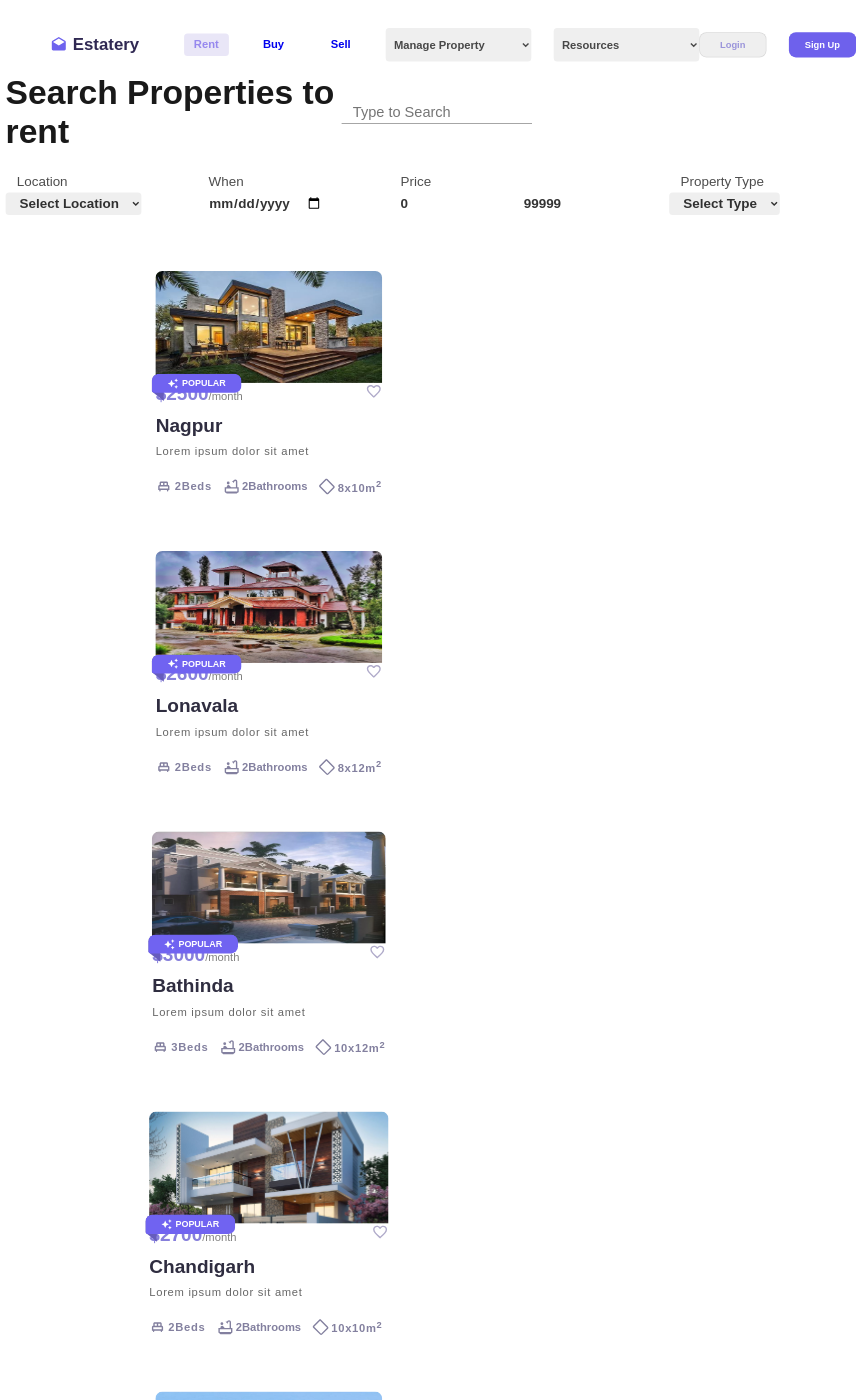
Repository: kapil4457/Reunion-Internship-Assignment
Page: /
An editor plug-in stored every save of this project. The page is shown before and after the next save, followed by the edit.
The browser window is 768 px wide. The page is 1223 px wide, so the pictures cover 1223 px, including what lies to the right of the window. The pictures show the part of the page from y = 0 to 2000 px (the page is 4503 px tall), at 70% of full size.
The project was rebuilt for these pictures with package versions that can differ from the ones it lists, and the page was loaded fresh each time. Also part of the build but not shown: src/App.css.

Above is the page before, as saved 2022-10-07 20:59:54.

### public/index.html
<!DOCTYPE html>
<html lang="en">
  <head>
    <meta charset="utf-8" />
    <link rel="icon" href="%PUBLIC_URL%/favicon.ico" />
    <meta name="viewport" content="width=device-width, initial-scale=1" />
    <meta name="theme-color" content="#000000" />
    <meta
      name="description"
      content="Web site created using create-react-app"
    />
    <link href="https://fonts.googleapis.com/css2?family=Roboto:ital,wght@1,300&display=swap" rel="stylesheet">
    <link rel="apple-touch-icon" href="%PUBLIC_URL%/logo192.png" />
    <link rel="preconnect" href="https://fonts.googleapis.com">
    <link rel="preconnect" href="https://fonts.googleapis.com">
    <!--
      manifest.json provides metadata used when your web app is installed on a
      user's mobile device or desktop. See https://developers.google.com/web/fundamentals/web-app-manifest/
    -->
    <link rel="manifest" href="%PUBLIC_URL%/manifest.json" />
    <!--
      Notice the use of %PUBLIC_URL% in the tags above.
      It will be replaced with the URL of the `public` folder during the build.
      Only files inside the `public` folder can be referenced from the HTML.

      Unlike "/favicon.ico" or "favicon.ico", "%PUBLIC_URL%/favicon.ico" will
      work correctly both with client-side routing and a non-root public URL.
      Learn how to configure a non-root public URL by running `npm run build`.
    -->
    <title>React App</title>
  </head>
  <body>
    <noscript>You need to enable JavaScript to run this app.</noscript>
    <div id="root"></div>
    <!--
      This HTML file is a template.
      If you open it directly in the browser, you will see an empty page.

      You can add webfonts, meta tags, or analytics to this file.
      The build step will place the bundled scripts into the <body> tag.

      To begin the development, run `npm start` or `yarn start`.
      To create a production bundle, use `npm run build` or `yarn build`.
    -->
  </body>
</html>

### src/index.css
*{
  font-family: 'Poppins', sans-serif;
  font-weight:600;
}

/* Chrome, Safari, Edge, Opera */
input::-webkit-outer-spin-button,
input::-webkit-inner-spin-button {
  -webkit-appearance: none;
  margin: 0;
}

/* Firefox */
input[type=number] {
  -moz-appearance: textfield;
}

### src/App.js
import { Route, Routes } from 'react-router-dom';
import './App.css';
import Header from './components/Header/Header';
import Home from  './components/Home/Home'
import Rent from './components/Rent/Rent';

function App() {
  return (
    <>
    <Header />
    <Routes>
      <Route path='/' element={<Home/>}/>
      <Route path='/rent' element={<Rent/>}/>
    </Routes>
    </>
  );
}

export default App;

### src/components/Header/Header.jsx
import React from "react";
import DraftsIcon from "@mui/icons-material/Drafts";
import { NavLink } from "react-router-dom";
import "./Header.css";
const Header = () => {
  return (
    <>
      <div className="header">
        <div className="left">
          <div className="logo">
            <DraftsIcon />
            <span>Estatery</span>
          </div>
          <div className="categories">
            <NavLink
              to="/rent"
              className={({ isActive }) => (isActive ? "activeClass" : "")}
            >
              Rent
            </NavLink>
            <NavLink
              to="/buy"
              className={({ isActive }) => (isActive ? "activeClass" : "")}
            >
              Buy
            </NavLink>
            <NavLink
              to="/sell"
              className={({ isActive }) => (isActive ? "activeClass" : "")}
            >
              Sell
            </NavLink>
            <select name="" id="manage">
              <option value="Manage Property" hidden>
                Manage Property
              </option>
              <option value="Owned">Owned</option>
              <option value="BookMarked">BookMarked</option>
            </select>
            <select name="" id="resources">
              <option value="Resources" hidden>
                Resources
              </option>
              <option value="contact">Contact Us</option>
              <option value="FAQ">FAQ</option>
            </select>
          </div>
        </div>
        <div className="right">
          <button className="login">Login</button>
          <button className="sign-up">Sign Up</button>
        </div>
      </div>
    </>
  );
};

export default Header;

### src/components/Home/Home.jsx
import React, { useEffect } from "react";
import { useNavigate } from "react-router-dom";

const Home = () => {
  const navigate = useNavigate();
  useEffect(() => {
    navigate("/rent");
  });
  return <></>;
};

export default Home;

### src/components/Rent/Rent.jsx
import React, { useState } from "react";
import { home } from "../../home";
import RentCard from "../RentCard/RentCard";
import "./Rent.css";
const Rent = () => {
  const [location, setlocation] = useState("");
  const [rangeMin, setMinRange] = useState(0);
  const [rangeMax, setMaxRange] = useState(99999);
  const [type, setType] = useState("");
  const [date, setDate] = useState(new Date());
  const [typed, setTyped] = useState("");

  //date -> YY/MM/DD format
  const filtering = (val) => {
    var dateNow = new Date(val.moveIn);
    var date2 = new Date(date);

    if (
      (location === "" || location == val.state || location == "All") &&
      (parseInt(rangeMax) > val.price || rangeMax == "") &&
      (parseInt(rangeMin) < val.price || rangeMin == "") &&
      date2 <= dateNow &&
      (typed === "" ||
        val.state.toLowerCase().includes(typed.toLowerCase()) ||
        val.address.toLowerCase().includes(typed.toLowerCase())) &&
      (type == "" || type == val.type || type == "All")
    ) {
      console.log(date2, dateNow);
      return true;
    }
  };
  return (
    <>
      <div className="rent-main">
        <div className="first">
          <div className="heading">Search Properties to rent</div>
          <input
            className="search-bar"
            placeholder="Type to Search"
            value={typed}
            onChange={(e) => {
              setTyped(e.target.value);
            }}
          />
        </div>
        <div className="second">
          <div>
            <span>Location</span>
            <select
              name=""
              id=""
              onChange={(e) => {
                setlocation(e.target.value);
              }}
            >
              <option value="" hidden>
                Select Location
              </option>
              <option value="All">All</option>
              <option value="Bathinda">Bathinda</option>
              <option value="Nagpur">Nagpur</option>
              <option value="Lonavala">Lonavala</option>
              <option value="Chandigarh">Chandigarh</option>
              <option value="Pune">Pune</option>
              <option value="Shimla">Shimla</option>
              <option value="Kochi">Kochi</option>
              <option value="Banaras">Banaras</option>
              <option value="Banglore">Banglore</option>
              <option value="Aurangabad">Aurangabad</option>
            </select>
          </div>
          <div>
            <span>When</span>
            <input
              type="date"
              onChange={(e) => {
                setDate(e.target.value);
              }}
            />
          </div>
          <div>
            <span>Price</span>
            <div>
              <input
                type="number"
                placeholder="Minimum"
                value={rangeMin}
                onChange={(e) => {
                  setMinRange(e.target.value);
                }}
              />
              <input
                type="number"
                placeholder="Maximum"
                value={rangeMax}
                onChange={(e) => {
                  setMaxRange(e.target.value);
                }}
              />
            </div>
          </div>
          <div>
            <span>Property Type</span>
            <select
              name=""
              id=""
              onChange={(e) => {
                setType(e.target.value);
              }}
            >
              <option value="" hidden>
                Select Type
              </option>
              <option value="All">All</option>
              <option value="Villa">Villa</option>
              <option value="Flats">Flats</option>
              <option value="RowHouse">RowHouse</option>
            </select>
          </div>
        </div>
        <div className="rent-cards">
          {home.filter(filtering).map((item, idx) => (
            <RentCard data={item} key={idx} />
          ))}
        </div>
      </div>
    </>
  );
};

export default Rent;

### src/components/Header/Header.css

.header{
display:flex;
justify-content:space-between;
align-items:center;
padding:2rem 4rem;
}

.left{
    display:flex;
    align-items:center;
    gap:4rem;
}
.left > .logo{
    display:flex;
    align-items:center;
    gap:0.5rem;
    font-size:1.5rem;
    font-weight:650;
    color:rgb(48,41,83);
}

.left > .logo > svg{
    color:rgb(110,99,238);
}

.categories{
    display:flex;
    align-items:center;
    gap:2rem;
}

.categories > a{
    text-decoration:none;
    font-weight:550;
    height:2rem;
    display:flex;
    align-items:center;
    width:4rem;
    justify-content: center;
}

.activeClass{
    color:rgb(150, 136, 238);
    background-color: rgb(233,230,247);
    border-radius: 5px;
}

.categories > select{
    width:13rem;
    height:3rem;
    border:none;
    outline:none;
    color:rgba(0,0,0,0.7);
    font-weight:550;
    /* background-color:rgb(233,230,247); */
    border-radius:5px;
    padding:0 0.5rem;
    font-size:1rem;
}

.categories > select > option{
    font-size:1rem;
    font-weight:550;

}
.right{
    display:flex;
    align-items:center;
    gap:2rem;

}

.right > button {
    width:6rem;
    height:2.3rem;
    border-radius:10px;
    outline:none;

}

.login{
border:1px solid rgba(0,0,0,0.1);
color:rgb(154, 148, 218);
font-weight:650;
cursor:pointer;
}

.sign-up
{
    background-color:rgb(110,97,236);
    color:white;
    cursor:pointer;
    border:none;
}

### src/home.js
export const home = [

        {
            state:"Nagpur",
            price:2500,
            address:" Lorem ipsum dolor sit amet ",
            bedCount:2,
            bathCount:2,
            area:"8x10",
            image:"h1.jpg",
            moveIn:new Date(2022,10,20),
            type:"Villa"

        },
        {
            state:"Lonavala",
            price:2600,
            address:" Lorem ipsum dolor sit amet ",
            bedCount:2,
            bathCount:2,
            area:"8x12",
            image:"h2.jpg",
            moveIn:new Date(2022,11,20),
            type:"Flats"



        },     {
            state:"Bathinda",
            price:3000,
            address:" Lorem ipsum dolor sit amet ",
            bedCount:3,
            bathCount:2,
            area:"10x12",
            image:"h3.jpg",
            moveIn:new Date(2022,11,12),
            type:"RowHouse"



        },     {
            state:"Chandigarh",
            price:2700,
            address:" Lorem ipsum dolor sit amet ",
            bedCount:2,
            bathCount:2,
            area:"10x10",
            image:"h4.jpg",
            moveIn:new Date(2023,1,20),
            type:"Villa"



        },     {
            state:"Pune",
            price:3800,
            address:" Lorem ipsum dolor sit amet ",
            bedCount:3,
            bathCount:3,
            area:"8x10",
            image:"h5.jpg",
            moveIn:new Date(2023,1,10),
            type:"Flats"


        },     {
            state:"Shimla",
            price:3400,
            address:" Lorem ipsum dolor sit amet ",
            bedCount:3,
            bathCount:2,
            area:"12x10",
            image:"h6.jpg",
            moveIn:new Date(2023,2,15),
            type:"RowHouse"



        },     {
            state:"Kochi",
            price:2100,
            address:" Lorem ipsum dolor sit amet ",
            bedCount:2,
            bathCount:2,
            area:"9x10",
            image:"h7.jpg",
            moveIn:new Date(2023 , 2 ,15),
            type:"Villa"


        },     {
            state:"Banaras",
            price:2500,
            address:" Lorem ipsum dolor sit amet ",
            bedCount:2,
            bathCount:2,
            area:"8x10",
            image:"h8.jpg",
            moveIn:new Date(2023 , 3 ,19),
            type:"Flats"



        },     {
            state:"Banglore",
            price:4000,
            address:" Lorem ipsum dolor sit amet ",
            bedCount:3,
            bathCount:2,
            area:"10x14",
            image:"h9.jpg",
            moveIn:new Date(2023 , 5 , 19),
            type:"RowHouse"



        },     {
            state:"Aurangabad",
            price:3000,
            address:" Lorem ipsum dolor sit amet ",
            bedCount:2,
            bathCount:2,
            area:"8x10",
            image:"h10.jpg",
            moveIn:new Date(2023 , 6 , 6),
            type:"Villa"



        },

]

### src/components/RentCard/RentCard.jsx
import React, { useState } from "react";
import "./RentCard.css";
import FavoriteBorderIcon from "@mui/icons-material/FavoriteBorder";
import SingleBedIcon from "@mui/icons-material/SingleBed";
import BathtubOutlinedIcon from "@mui/icons-material/BathtubOutlined";
import Crop54Icon from "@mui/icons-material/Crop54";
import AutoAwesomeIcon from "@mui/icons-material/AutoAwesome";
const RentCard = ({ data }) => {
  const [color, setColor] = useState("rgb(176,171,202)");
  const changeColor = () => {
    if (color == "rgb(176,171,202)") {
      setColor("red");
    } else {
      setColor("rgb(176,171,202)");
    }
  };
  return (
    <div className="rent-card-main">
      <div className="purple-tag">
        <div className="straight">
          <AutoAwesomeIcon />
          <span>POPULAR</span>
        </div>
        <div className="slant"></div>
      </div>
      <div className="main-image">
        <img src={`${data.image}`} alt="" />
      </div>
      <div className="rent-card-info">
        <div className="rent-card-price">
          <div>
            <span>${data.price}</span>/month
          </div>
          <FavoriteBorderIcon
            style={{ color: `${color}` }}
            onClick={changeColor}
          />
        </div>
        <div className="rent-card-name">{data.state}</div>
        <div className="rent-card-address">{data.address}</div>
        <div className="icons">
          <div className="beds">
            <SingleBedIcon />
            <span>{data.bedCount}Beds</span>
          </div>
          <div className="bath">
            <BathtubOutlinedIcon />
            <span>{data.bathCount}Bathrooms</span>
          </div>
          <div className="area">
            <Crop54Icon />
            <span>
              {data.area}m<sup>2</sup>
            </span>
          </div>
        </div>
      </div>
    </div>
  );
};

export default RentCard;

### src/components/Rent/Rent.css
body{

    padding:0 12rem;
}
.rent-main{
    margin-bottom: 12rem;
}

.first{
    display:flex;
    height:5rem;
    justify-content: space-between;
    align-items:center;
    margin-bottom:3rem;
}

.first > .heading{
    font-size:3rem;
    font-weight:650;
    color:rgba(0,0,0,0.9);
}

.first > .search-bar{
    width:15rem;
    padding:0 1rem;
    border:none;
    border-bottom:1px solid gray;
    outline:none;
    height:2rem;
    font-size:1.3rem;
    font-weight:250;
}
.second > div >select {
    font-size:1.2rem;
    height:2rem;
    padding:0 1rem;
    border-radius:5px;
    border:none;
    outline:none;
    font-weight: 550;
    color:rgba(0,0,0,0.8);
}
.second > div >select >option{
    font-weight: 450;
}
.second > div >input  , .second > div >div>input {
    color:rgba(0,0,0,0.8);
    font-size:1.2rem;
    height:2rem;
    border-radius:5px;
    border:none;
    outline:none;
    padding:0 1rem;
    font-weight: 550;
}

.second > div >div{
display:flex;
gap:1rem;

}
.second > div >div>input{
width:8rem;

}
.second{
    display: flex;
    gap:5rem;
}
.second>div{
    display:flex;
    flex-direction: column;
    width:20rem;
    gap:0.3rem;
}

.second >div>span{
    color:rgba(0,0,0,0.7);
    font-size:1.2rem;
    font-weight:450;
    padding-left:1rem;
}


.rent-cards{
    display:grid;
    grid-template-columns: 1fr 1fr 1fr;
    margin-top:5rem;
    place-items:center;
    gap:5rem;
    border-radius:10px;

}


@media(max-width:768px){
    body{
        padding:0;
    }
    .rent-cards{
        grid-template-columns: 1fr;
        place-items:center;
    }
}

### src/components/RentCard/RentCard.css

.rent-card-main{
    position:relative;
    border-radius: 10px;
}

.main-image{
    width:23vw;
    border-radius:10px 10px 0 0;
    height:20vh;
}

.rent-card-info{
    padding:1.8rem 2rem 0 2rem;
    display: flex;
    flex-direction: column;
    gap:0.8rem;

}

.main-image > img{
    border-radius:10px 10px 0 0;
width:100%;
height:100%;
}

.rent-card-price{
    display:flex;
    justify-content:space-between;

}
.rent-card-price >div{
    color:gray;
    font-weight: 500;
}
.rent-card-price > svg{
    color:rgb(176,171,202);
    cursor:pointer;
}

.rent-card-price >div > span{
    font-size:1.7rem;
    font-weight:600;
    color:rgb(134, 127, 219);
}

.rent-card-name{
    /* padding:0.7rem 0 0 0 ; */
    font-weight:670;
    color:rgb(47,45,64);
    font-size:1.7rem;
}
.rent-card-address{
    color:rgba(0,0,0,0.6);
    font-weight: 350;
    letter-spacing: 1px;
}

.icons{
    padding-top:1rem;
    display:flex;
    gap:1rem;
}

.icons > .beds , .icons > .bath , .icons >.area{
    display: flex;
    align-items: center;
    gap:0.2rem;
    font-weight:450;
    color:rgb(131,128,159);
}

.icons > .beds>span , .icons>span > .bath>span, .icons >.area>span{
    letter-spacing: 1px;
}

.icons > .area  > svg{
    transform:rotate(45deg)

}

.purple-tag{
    position: absolute;
    width:8rem;
    height:3.4rem;
    top:46%;
    left:-1.7%;
    border-radius: 10px;
overflow: hidden;
}

.purple-tag > .straight{
    position: absolute;
    width:100%;
    height: 50%;
    border-radius:10px 10px 10px 3px;
    background-color: rgb(112,99,241);
    z-index: 1;
    display: flex;
    align-items: center;
    justify-content: center;
    gap:0.3rem;
}

.purple-tag > .straight  >svg{
    color:white;
    font-size:1rem;
}
.purple-tag > .straight > span{
    color:white;
    font-size:0.8rem;
    font-weight: 550;
}

.purple-tag > .slant{
    position:absolute;
    top:2%;
    height:50%;
    left:-8%;
    background-color:rgb(102,92,189);
    width:21%;
    transform: skewY(39deg);

}


@media(max-width:768px){
    .main-image{
        width:100%;
    }

    .rent-card-info{
        padding:0;
    }
}

Loaded but not shown: src/index.js (common file); src/reportWebVitals.js (common file)

After the next save:
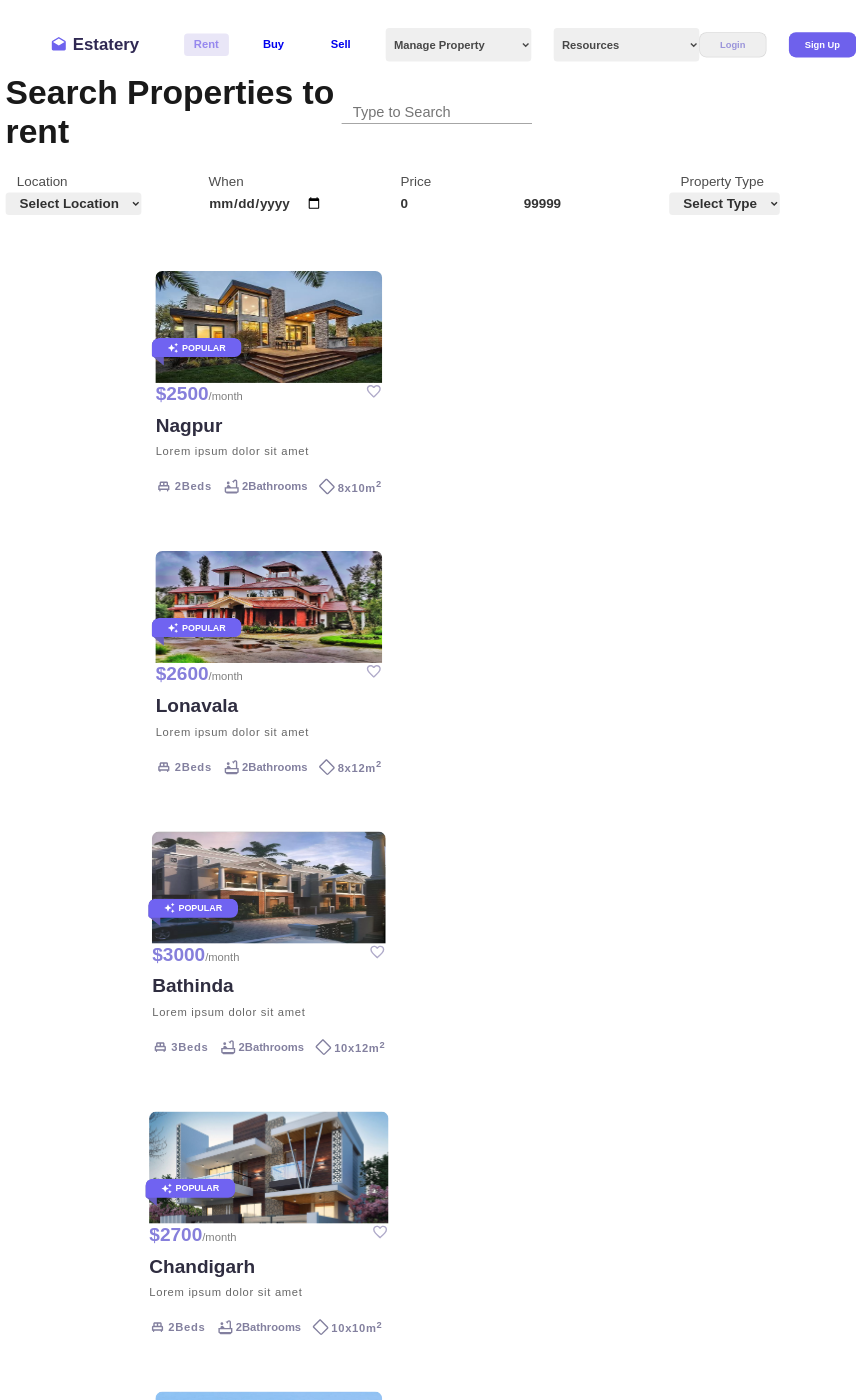
Saved 34 s later.
--- a/src/components/RentCard/RentCard.css
+++ b/src/components/RentCard/RentCard.css
@@ -132,4 +132,8 @@ overflow: hidden;
     .rent-card-info{
         padding:0;
     }
+
+    .purple-tag{
+        top:30%;
+    }
 }
